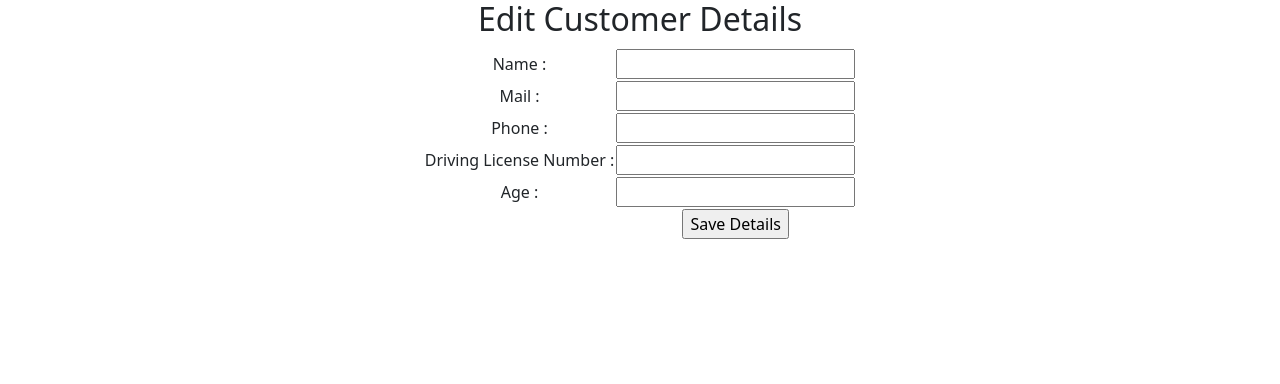
Repository: Nuthan12/Bike-Rental-System
Page: http://localhost/Bike_Rental_System/WEB-INF/jsp/customerEditForm.jsp
These files come from the project's save history. The page is drawn as it stood at one moment and after the next save; the edit follows.
The browser window is 1280 px wide. The pictures show the whole page.
The page is served by Tomcat 9. Nobody is signed in. Other server files are loaded and not shown. The template is opened directly, without the code that normally fills it, so the values that code supplies are empty.

Above is the page before, as saved 2023-05-05 11:51:36.

### Bike_Rental_System/src/main/webapp/WEB-INF/jsp/customerEditForm.jsp
<%@ page language="java" contentType="text/html; charset=ISO-8859-1"
	pageEncoding="ISO-8859-1"%>
<%@ taglib uri="http://www.springframework.org/tags/form" prefix="form"%>
<%@ taglib uri="http://java.sun.com/jsp/jstl/core" prefix="c"%>
<!DOCTYPE html>
<html>
<head>
<meta charset="ISO-8859-1">
<title>Edit Customer Details</title>
<link
	href="https://cdn.jsdelivr.net/npm/bootstrap@5.3.0-alpha3/dist/css/bootstrap.min.css"
	rel="stylesheet"
	integrity="sha384-KK94CHFLLe+nY2dmCWGMq91rCGa5gtU4mk92HdvYe+M/SXH301p5ILy+dN9+nJOZ"
	crossorigin="anonymous">
	</link>
</head>
<body>
	<h2 align="center">Edit Customer Details</h2>
	<form:form method="POST" action="editsave" align="center">
		<table align="center">
			<tr>
				<td></td>
				<td><form:hidden path="cust_Id" /></td>
			</tr>
			<tr>
				<td>Name :</td>
				<td><form:input path="cust_Name" /></td>
			</tr>
			<tr>
				<td>Mail :</td>
				<td><form:input path="cust_Mail" /></td>
			</tr>
			<tr>
				<td>Phone :</td>
				<td><form:input path="cust_Phone" /></td>
			</tr>
			<tr>
				<td>Driving License Number :</td>
				<td><form:input path="dl_Number" /></td>
			</tr>
			<tr>
				<td>Age :</td>
				<td><form:input path="age" /></td>
			</tr>

			<tr>
				<td></td>
				<td><input type="submit" value="Save Details" /></td>
			</tr>
		</table>
	</form:form>
</body>
</html>

After the next save:
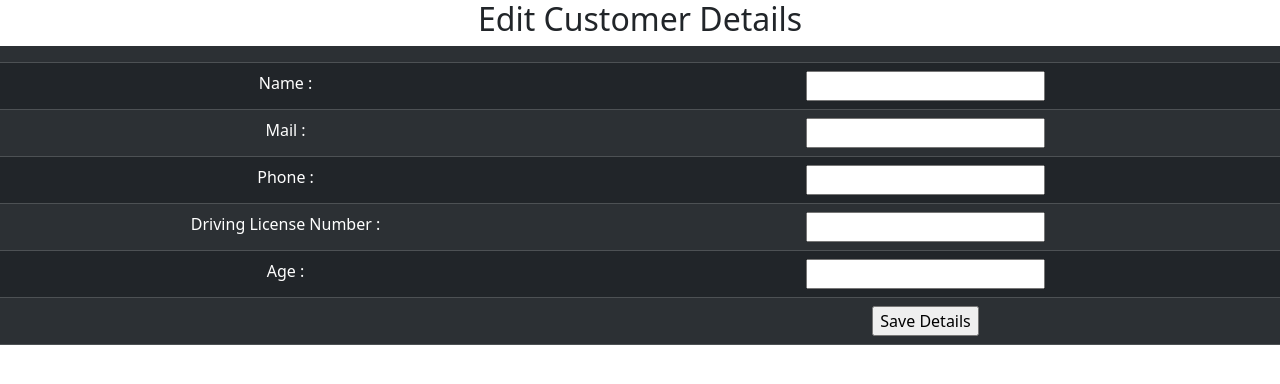
Saved 15 s later.
--- a/Bike_Rental_System/src/main/webapp/WEB-INF/jsp/customerEditForm.jsp
+++ b/Bike_Rental_System/src/main/webapp/WEB-INF/jsp/customerEditForm.jsp
@@ -17,7 +17,7 @@
 <body>
 	<h2 align="center">Edit Customer Details</h2>
 	<form:form method="POST" action="editsave" align="center">
-		<table align="center">
+		<table class="table table-dark table-striped">
 			<tr>
 				<td></td>
 				<td><form:hidden path="cust_Id" /></td>
